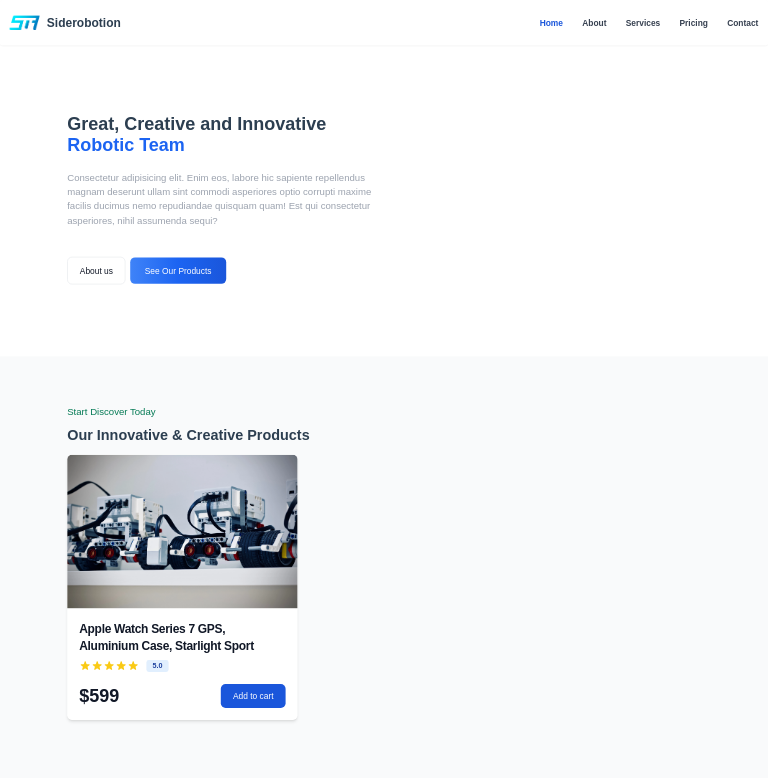
Repository: khulqu15/siderobotion
Page: /
These files come from the project's save history. The page is drawn as it stood at one moment and after the next save; the edit follows.
The browser window is 1280 px wide. The pictures show the whole page, at 60% of full size.
The project was rebuilt for these pictures with package versions that can differ from the ones it lists, and the page was loaded fresh each time. Also part of the build but not shown: vue.config.js.

Above is the page before, as saved 2022-06-12 02:31:57.

After the next save:
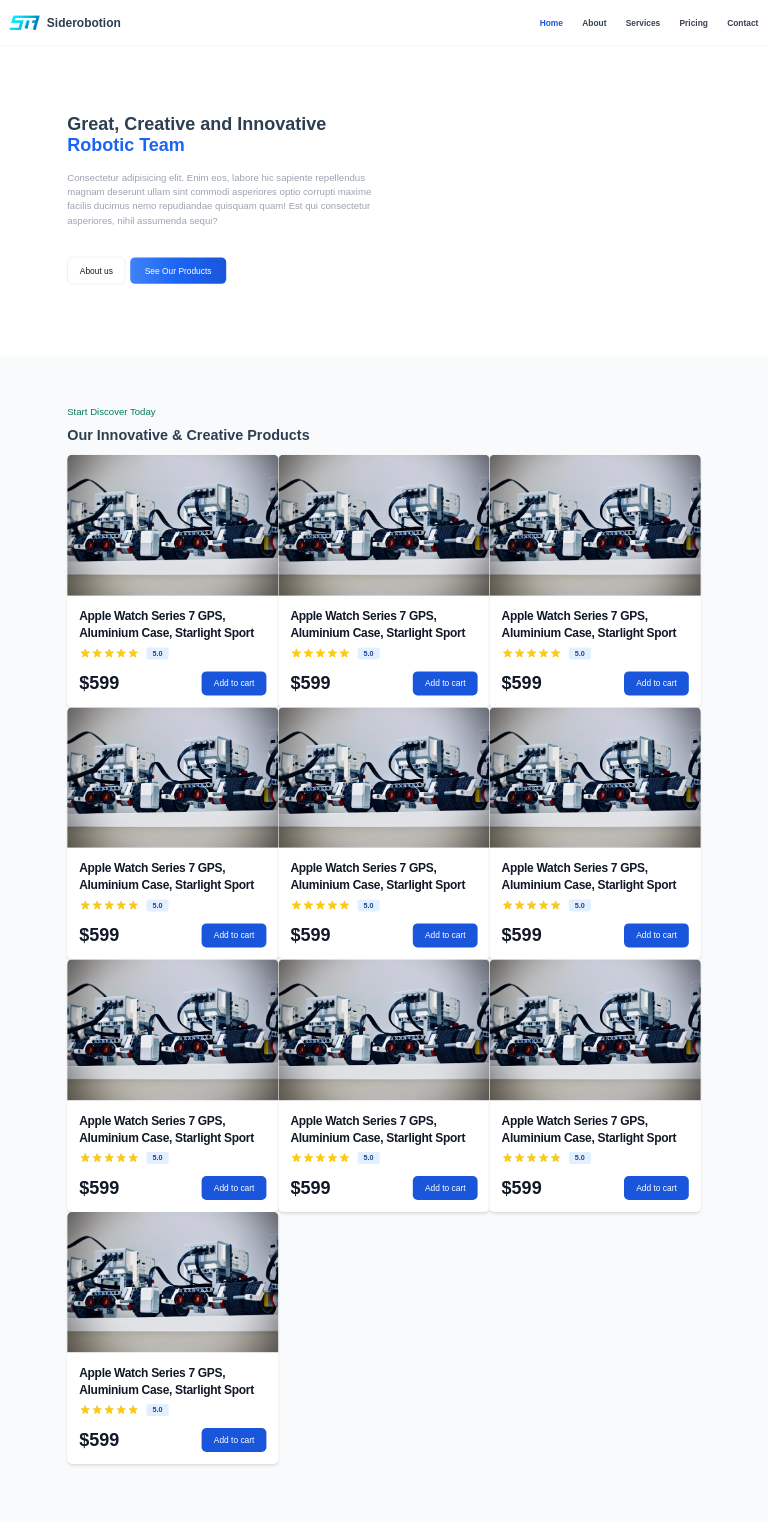
Saved 86 s later.
--- a/src/views/HomeView.vue
+++ b/src/views/HomeView.vue
@@ -15,26 +15,28 @@
         <p class="mb-3 text-green-600">Start Discover Today</p>
         <h1 class="text-2xl font-semibold">Our Innovative & Creative Products</h1>
       </div>
-      <div class="py-4 text-start">
-        <div class="max-w-sm bg-white rounded-lg shadow-md dark:bg-gray-800 dark:border-gray-700">
-          <a href="#">
-            <img class="rounded-t-lg" :src="require('@/assets/images/product.webp')" alt="product image" />
-          </a>
-          <div class="p-5">
+      <div class="py-4 text-start grid grid-cols-3">
+        <div v-for="(item, index) in 10" :key="index">
+          <div class="max-w-sm bg-white rounded-lg shadow-md dark:bg-gray-800 dark:border-gray-700">
             <a href="#">
-              <h5 class="text-xl font-semibold tracking-tight text-gray-900 dark:text-white">Apple Watch Series 7 GPS, Aluminium Case, Starlight Sport</h5>
+              <img class="rounded-t-lg" :src="require('@/assets/images/product.webp')" alt="product image" />
             </a>
-            <div class="flex items-center mt-2.5 mb-5">
-              <svg class="w-5 h-5 text-yellow-300" fill="currentColor" viewBox="0 0 20 20" xmlns="http://www.w3.org/2000/svg"><path d="M9.049 2.927c.3-.921 1.603-.921 1.902 0l1.07 3.292a1 1 0 00.95.69h3.462c.969 0 1.371 1.24.588 1.81l-2.8 2.034a1 1 0 00-.364 1.118l1.07 3.292c.3.921-.755 1.688-1.54 1.118l-2.8-2.034a1 1 0 00-1.175 0l-2.8 2.034c-.784.57-1.838-.197-1.539-1.118l1.07-3.292a1 1 0 00-.364-1.118L2.98 8.72c-.783-.57-.38-1.81.588-1.81h3.461a1 1 0 00.951-.69l1.07-3.292z"></path></svg>
-              <svg class="w-5 h-5 text-yellow-300" fill="currentColor" viewBox="0 0 20 20" xmlns="http://www.w3.org/2000/svg"><path d="M9.049 2.927c.3-.921 1.603-.921 1.902 0l1.07 3.292a1 1 0 00.95.69h3.462c.969 0 1.371 1.24.588 1.81l-2.8 2.034a1 1 0 00-.364 1.118l1.07 3.292c.3.921-.755 1.688-1.54 1.118l-2.8-2.034a1 1 0 00-1.175 0l-2.8 2.034c-.784.57-1.838-.197-1.539-1.118l1.07-3.292a1 1 0 00-.364-1.118L2.98 8.72c-.783-.57-.38-1.81.588-1.81h3.461a1 1 0 00.951-.69l1.07-3.292z"></path></svg>
-              <svg class="w-5 h-5 text-yellow-300" fill="currentColor" viewBox="0 0 20 20" xmlns="http://www.w3.org/2000/svg"><path d="M9.049 2.927c.3-.921 1.603-.921 1.902 0l1.07 3.292a1 1 0 00.95.69h3.462c.969 0 1.371 1.24.588 1.81l-2.8 2.034a1 1 0 00-.364 1.118l1.07 3.292c.3.921-.755 1.688-1.54 1.118l-2.8-2.034a1 1 0 00-1.175 0l-2.8 2.034c-.784.57-1.838-.197-1.539-1.118l1.07-3.292a1 1 0 00-.364-1.118L2.98 8.72c-.783-.57-.38-1.81.588-1.81h3.461a1 1 0 00.951-.69l1.07-3.292z"></path></svg>
-              <svg class="w-5 h-5 text-yellow-300" fill="currentColor" viewBox="0 0 20 20" xmlns="http://www.w3.org/2000/svg"><path d="M9.049 2.927c.3-.921 1.603-.921 1.902 0l1.07 3.292a1 1 0 00.95.69h3.462c.969 0 1.371 1.24.588 1.81l-2.8 2.034a1 1 0 00-.364 1.118l1.07 3.292c.3.921-.755 1.688-1.54 1.118l-2.8-2.034a1 1 0 00-1.175 0l-2.8 2.034c-.784.57-1.838-.197-1.539-1.118l1.07-3.292a1 1 0 00-.364-1.118L2.98 8.72c-.783-.57-.38-1.81.588-1.81h3.461a1 1 0 00.951-.69l1.07-3.292z"></path></svg>
-              <svg class="w-5 h-5 text-yellow-300" fill="currentColor" viewBox="0 0 20 20" xmlns="http://www.w3.org/2000/svg"><path d="M9.049 2.927c.3-.921 1.603-.921 1.902 0l1.07 3.292a1 1 0 00.95.69h3.462c.969 0 1.371 1.24.588 1.81l-2.8 2.034a1 1 0 00-.364 1.118l1.07 3.292c.3.921-.755 1.688-1.54 1.118l-2.8-2.034a1 1 0 00-1.175 0l-2.8 2.034c-.784.57-1.838-.197-1.539-1.118l1.07-3.292a1 1 0 00-.364-1.118L2.98 8.72c-.783-.57-.38-1.81.588-1.81h3.461a1 1 0 00.951-.69l1.07-3.292z"></path></svg>
-              <span class="bg-blue-100 text-blue-800 text-xs font-semibold mr-2 px-2.5 py-0.5 rounded dark:bg-blue-200 dark:text-blue-800 ml-3">5.0</span>
-            </div>
-            <div class="flex justify-between items-center">
-              <span class="text-3xl font-bold text-gray-900 dark:text-white">$599</span>
-              <a href="#" class="text-white bg-blue-700 hover:bg-blue-800 focus:ring-4 focus:outline-none focus:ring-blue-300 font-medium rounded-lg text-sm px-5 py-2.5 text-center dark:bg-blue-600 dark:hover:bg-blue-700 dark:focus:ring-blue-800">Add to cart</a>
+            <div class="p-5">
+              <a href="#">
+                <h5 class="text-xl font-semibold tracking-tight text-gray-900 dark:text-white">Apple Watch Series 7 GPS, Aluminium Case, Starlight Sport</h5>
+              </a>
+              <div class="flex items-center mt-2.5 mb-5">
+                <svg class="w-5 h-5 text-yellow-300" fill="currentColor" viewBox="0 0 20 20" xmlns="http://www.w3.org/2000/svg"><path d="M9.049 2.927c.3-.921 1.603-.921 1.902 0l1.07 3.292a1 1 0 00.95.69h3.462c.969 0 1.371 1.24.588 1.81l-2.8 2.034a1 1 0 00-.364 1.118l1.07 3.292c.3.921-.755 1.688-1.54 1.118l-2.8-2.034a1 1 0 00-1.175 0l-2.8 2.034c-.784.57-1.838-.197-1.539-1.118l1.07-3.292a1 1 0 00-.364-1.118L2.98 8.72c-.783-.57-.38-1.81.588-1.81h3.461a1 1 0 00.951-.69l1.07-3.292z"></path></svg>
+                <svg class="w-5 h-5 text-yellow-300" fill="currentColor" viewBox="0 0 20 20" xmlns="http://www.w3.org/2000/svg"><path d="M9.049 2.927c.3-.921 1.603-.921 1.902 0l1.07 3.292a1 1 0 00.95.69h3.462c.969 0 1.371 1.24.588 1.81l-2.8 2.034a1 1 0 00-.364 1.118l1.07 3.292c.3.921-.755 1.688-1.54 1.118l-2.8-2.034a1 1 0 00-1.175 0l-2.8 2.034c-.784.57-1.838-.197-1.539-1.118l1.07-3.292a1 1 0 00-.364-1.118L2.98 8.72c-.783-.57-.38-1.81.588-1.81h3.461a1 1 0 00.951-.69l1.07-3.292z"></path></svg>
+                <svg class="w-5 h-5 text-yellow-300" fill="currentColor" viewBox="0 0 20 20" xmlns="http://www.w3.org/2000/svg"><path d="M9.049 2.927c.3-.921 1.603-.921 1.902 0l1.07 3.292a1 1 0 00.95.69h3.462c.969 0 1.371 1.24.588 1.81l-2.8 2.034a1 1 0 00-.364 1.118l1.07 3.292c.3.921-.755 1.688-1.54 1.118l-2.8-2.034a1 1 0 00-1.175 0l-2.8 2.034c-.784.57-1.838-.197-1.539-1.118l1.07-3.292a1 1 0 00-.364-1.118L2.98 8.72c-.783-.57-.38-1.81.588-1.81h3.461a1 1 0 00.951-.69l1.07-3.292z"></path></svg>
+                <svg class="w-5 h-5 text-yellow-300" fill="currentColor" viewBox="0 0 20 20" xmlns="http://www.w3.org/2000/svg"><path d="M9.049 2.927c.3-.921 1.603-.921 1.902 0l1.07 3.292a1 1 0 00.95.69h3.462c.969 0 1.371 1.24.588 1.81l-2.8 2.034a1 1 0 00-.364 1.118l1.07 3.292c.3.921-.755 1.688-1.54 1.118l-2.8-2.034a1 1 0 00-1.175 0l-2.8 2.034c-.784.57-1.838-.197-1.539-1.118l1.07-3.292a1 1 0 00-.364-1.118L2.98 8.72c-.783-.57-.38-1.81.588-1.81h3.461a1 1 0 00.951-.69l1.07-3.292z"></path></svg>
+                <svg class="w-5 h-5 text-yellow-300" fill="currentColor" viewBox="0 0 20 20" xmlns="http://www.w3.org/2000/svg"><path d="M9.049 2.927c.3-.921 1.603-.921 1.902 0l1.07 3.292a1 1 0 00.95.69h3.462c.969 0 1.371 1.24.588 1.81l-2.8 2.034a1 1 0 00-.364 1.118l1.07 3.292c.3.921-.755 1.688-1.54 1.118l-2.8-2.034a1 1 0 00-1.175 0l-2.8 2.034c-.784.57-1.838-.197-1.539-1.118l1.07-3.292a1 1 0 00-.364-1.118L2.98 8.72c-.783-.57-.38-1.81.588-1.81h3.461a1 1 0 00.951-.69l1.07-3.292z"></path></svg>
+                <span class="bg-blue-100 text-blue-800 text-xs font-semibold mr-2 px-2.5 py-0.5 rounded dark:bg-blue-200 dark:text-blue-800 ml-3">5.0</span>
+              </div>
+              <div class="flex justify-between items-center">
+                <span class="text-3xl font-bold text-gray-900 dark:text-white">$599</span>
+                <a href="#" class="text-white bg-blue-700 hover:bg-blue-800 focus:ring-4 focus:outline-none focus:ring-blue-300 font-medium rounded-lg text-sm px-5 py-2.5 text-center dark:bg-blue-600 dark:hover:bg-blue-700 dark:focus:ring-blue-800">Add to cart</a>
+              </div>
             </div>
           </div>
         </div>
